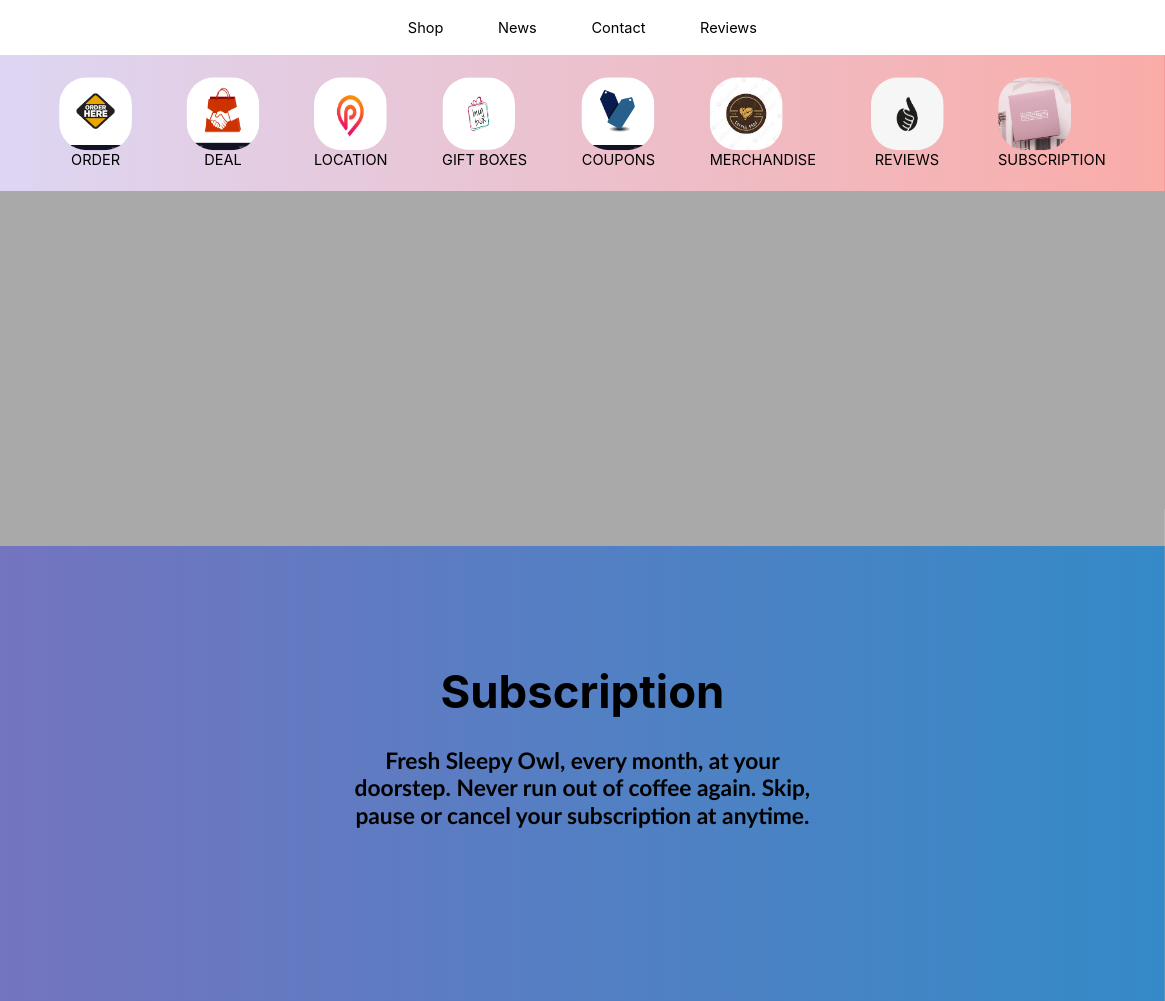
Repository: tusharpasricha/owlsomecoffee
Page: /
These files come from the project's save history. The page is drawn as it stood at one moment and after the next save; the edit follows.
The browser window is 1280 px wide. The pictures show the whole page, at 91% of full size.
The project was rebuilt for these pictures with package versions that can differ from the ones it lists, and the page was loaded fresh each time.

Above is the page before, as saved 2021-09-27 11:32:08.

### src/App.js

//import './App.css';
import Navbar from './components/navbar';
import Bar from './components/bar';
import Subs from './components/subscription';
import Review from './components/review';

function App() {
  return (
    <div className="App">
     <Navbar></Navbar>
     <Bar></Bar>
     <Review></Review>
     <Subs></Subs>

    </div>
  );
}

export default App;

### src/components/navbar.js
import React from 'react'
import './navbar.css'

const Navbar = () => {
    return (
      <header className="mobileNav">
    <div className="nav">
<ul className="options">
  <li><a href="default.asp">Shop</a></li>
  <li><a href="news.asp">News</a></li>
  <li><a href="contact.asp">Contact</a></li>
  <li><a href="about.asp">Reviews</a></li>
</ul>
    </div>
    </header>
    )
}

export default Navbar

### src/components/bar.js
import React from 'react';
import {Link} from 'react-scroll';
import './bar.css';
import order from './order.jpg';
import deal from './deal.jpg';
import location from './location.jpg';
import coupon from './coupon.jpg';
import gift from './gift.jpg';
import review from './review.jpg';
import subscription from './subscription.png';
import logo from './logo.jfif';

const Bar = () => {
    return (
        <div className="bar">
<ul>
  <li> <img src={order}></img> <a href="default.asp">ORDER</a></li>
  <li><img src={deal}></img> <a href="news.asp">DEAL</a></li>
  <li><img src={location}></img> <a href="contact.asp">LOCATION</a></li>
  <li><img src={gift}></img> <a href="about.asp">GIFT BOXES</a></li>
  <li><img src={coupon}></img> <a href="about.asp">COUPONS</a></li>
  <li><img src={logo}></img> <a href="about.asp">MERCHANDISE</a></li>
  <li><img src={review}></img> <a href="about.asp">REVIEWS</a></li>
  <li><img src={subscription}></img> <Link to="subs" smooth={true} duration={1000}>SUBSCRIPTION</Link></li>

</ul>
        </div>
    )
}

export default Bar

### src/components/subscription.js
import React from 'react'
import './subscription.css';

const Subs = () => {
    return (

        <div className="subs" id="subs">
        <section>
        <h1>Subscription</h1>
        <p>Fresh Sleepy Owl, every month, at your doorstep. Never run out of coffee again. Skip, pause or cancel your subscription at anytime.</p>
        </section>

        </div>

    )
}

export default Subs

### src/components/review.js
import React from 'react';
import './review.css';

const Review = () => {
    return (
        <div className="review">
            hello
        </div>
    )
}

export default Review

### src/components/navbar.css
*{
    margin: 0%;

}

.nav{
    margin-top: 0%;
    background-color: rgb(255, 255, 255);
    display: flex;
    justify-content: center;
    height: 60px;
    width: 100%;
    align-items: center;
    position: fixed;
}
ul{

     display: flex;
     list-style-type: none;
     justify-content: center;
     padding: 2px;
 }
 li{
     padding-right: 40px;
     padding-left: 40px;
 }
 a{
     text-decoration: none;
     color: black;
 }

### src/components/bar.css
*{
    margin: 0%;

}
.bar{
    margin-top: 60px;
    position: fixed;
    background-color: rgba(209, 94, 94, 0.74);
    display: flex;
    justify-content: center;
    height: 150px;
    width: 100%;
    align-items: center;
    background-image: linear-gradient(to right,#ddd6f3,#faaca8);
}
ul{
     display: flex;
     list-style-type: none;
     justify-content: center;
     padding: 2px;
 }
 li{
     display: flex;
     flex-direction: column;
     padding-right: 30px;
     padding-left: 30px;
     text-align: center;

 }
 a{
     text-decoration: none;
     color: black;
 }
img{

    height: 80px;
    width: 80px;
    border-radius: 30px;
}

### src/components/subscription.css
.subs{
    display: flex;
    justify-content: center;
    background-color: rgb(252, 188, 200);
    height: 500px;
    background-image: linear-gradient(to right,#7474bf,#348ac7);
}
section{

    flex-direction: column;
    padding: 100px;
    width: 40%;

}
h1{
    font-size: 50px;
    text-align: center;
    font-weight: bolder;
    padding: 30px;
}
p{
    font-family: 'Trebuchet MS', 'Lucida Sans Unicode', 'Lucida Grande', 'Lucida Sans', Arial, sans-serif;
    text-align: center;
    font-weight: bold;
    font-size: 25px;
}

### src/components/review.css
.review{
    background-color: darkgray;
    height: 600px;
}

Loaded but not shown: public/index.html (common file); src/index.js (common file); src/index.css (common file)

After the next save:
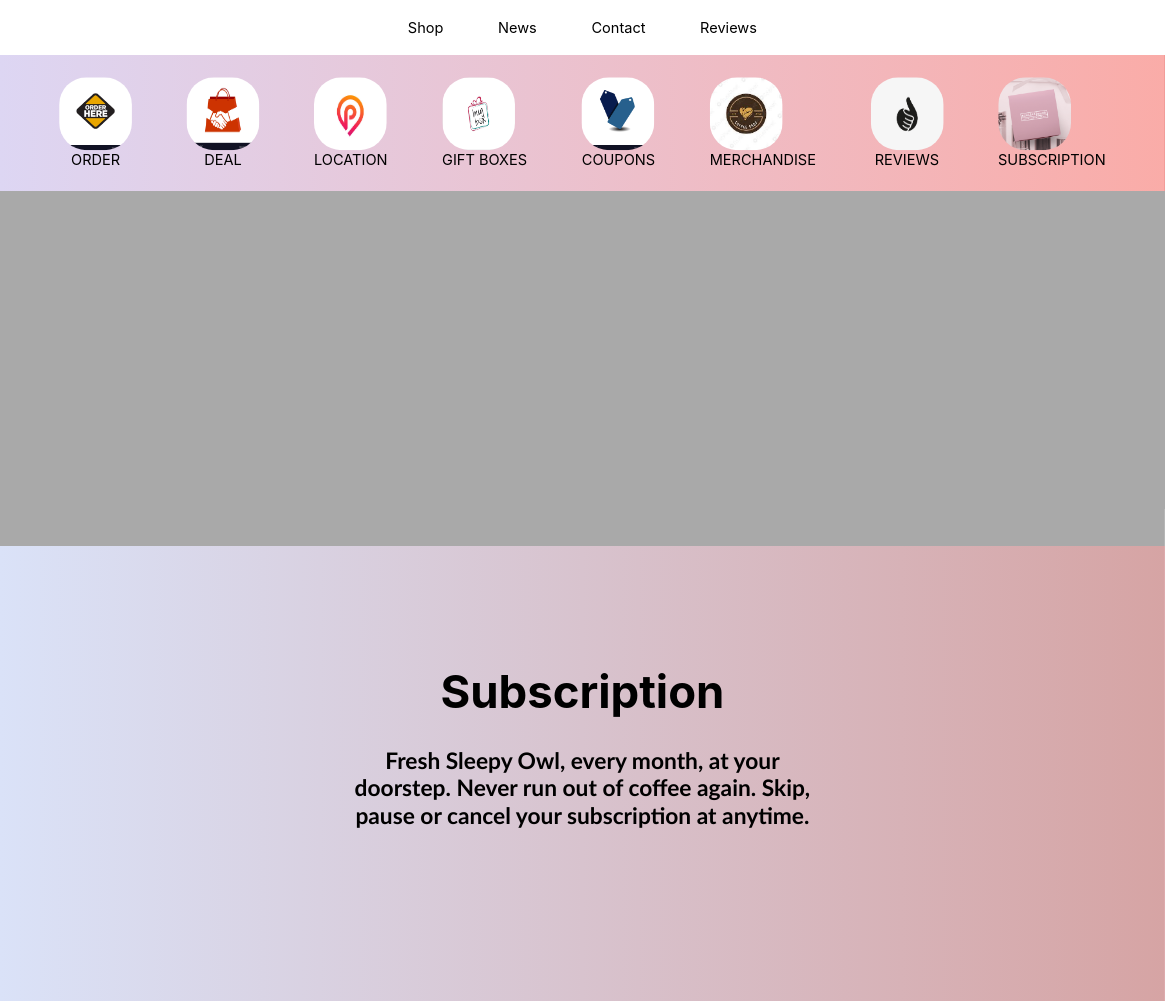
Saved 2 min 40 s later.
--- a/src/components/subscription.css
+++ b/src/components/subscription.css
@@ -3,7 +3,7 @@
     justify-content: center;
     background-color: rgb(252, 188, 200);
     height: 500px;
-    background-image: linear-gradient(to right,#7474bf,#348ac7);
+    background-image: linear-gradient(to right,#dae2f8,#d6a4a4);
 }
 section{
 
